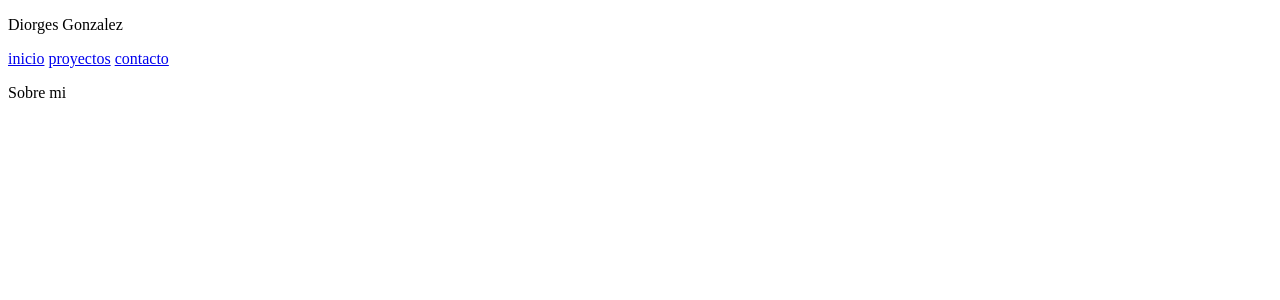
Repository: DenLion09/DenLion09.dots
Page: javascipt_withow_filter/basic/ejercisios/portfolio2/index.html
These files come from the project's save history. The page is drawn as it stood at one moment and after the next save; the edit follows.
The browser window is 1280 px wide. The pictures show the whole page.

Above is the page before, as saved 2026-05-17 22:32:32.

### javascipt_withow_filter/basic/ejercisios/portfolio2/index.html
<!doctype html>
<html lang="en">
  <head>
    <meta charset="UTF-8" />
    <meta name="viewport" content="width=device-width, initial-scale=1.0" />
    <title>Document</title>
  </head>
  <body>
    <header>
      <p>Diorges Gonzalez</p>
      <nav>
        <a href="inicio">inicio</a> <a href="proyectos">proyectos</a>
        <a href="contacto">contacto</a>
      </nav>
    </header>
    <section class="sobre-mi">
      <p>Sobre mi</p>
    </section>
  </body>
</html>

After the next save:
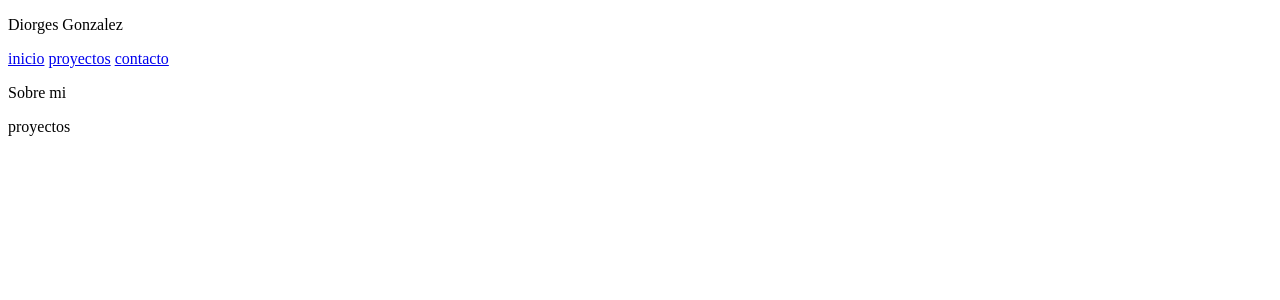
Saved 55 s later.
--- a/javascipt_withow_filter/basic/ejercisios/portfolio2/index.html
+++ b/javascipt_withow_filter/basic/ejercisios/portfolio2/index.html
@@ -16,5 +16,8 @@
     <section class="sobre-mi">
       <p>Sobre mi</p>
     </section>
+    <section class="proyectos">
+      <p>proyectos</p>
+    </section>
   </body>
 </html>
